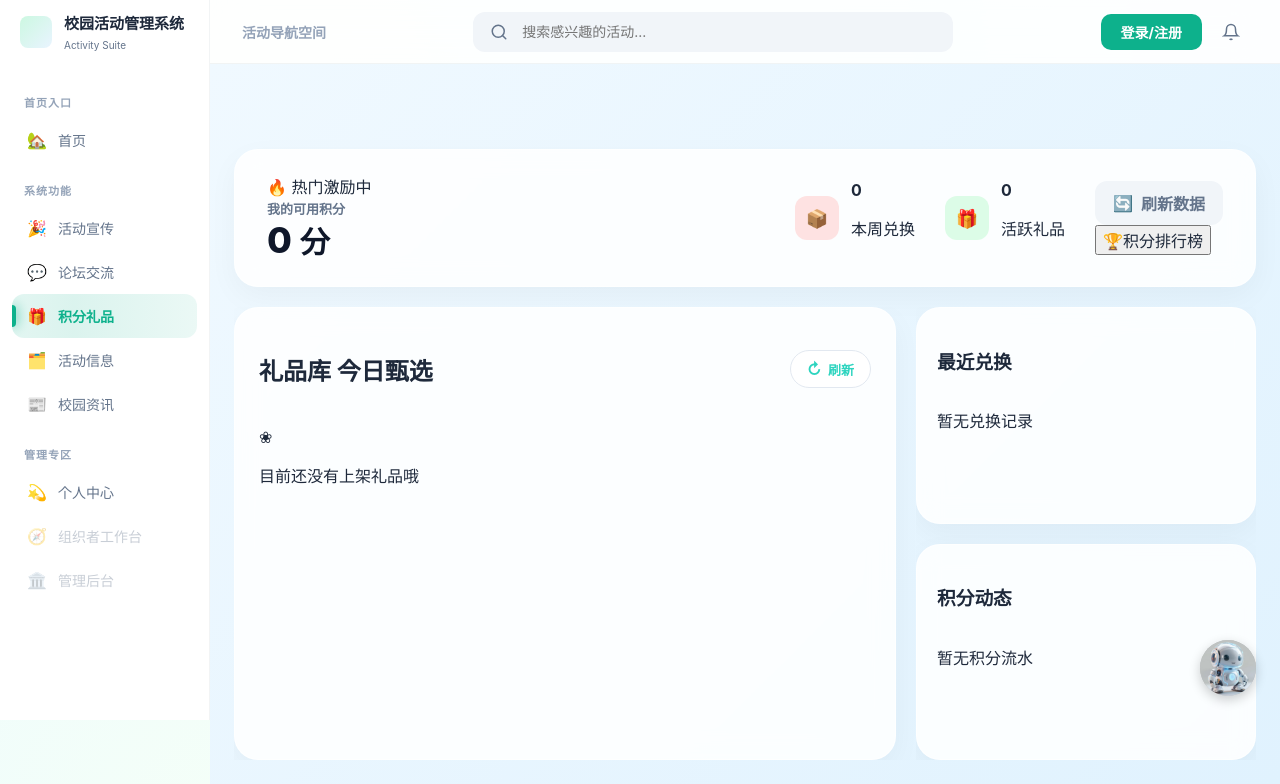
Repository: LXY804/activities_management_System
Page: /rewards (app in 校园活动管理系统/)
The author's editor kept a copy of each file at every save. The page is drawn from the files as they stood at one save, then again after the next save.
The browser window is 1280 px wide. The pictures show the whole page.
The page's requests for data from a server got no answer. The project was rebuilt for these pictures with package versions that can differ from the ones it lists, and the page was loaded fresh each time. No one was signed in, and anything a server would have sent is missing. Also part of the build but not shown: 校园活动管理系统/vite.config.js.

Above is the page before, as saved 2025-12-26 21:14:36.

### 校园活动管理系统/index.html
<!DOCTYPE html>
<html lang="">
  <head>
    <style> html,body,#app{height:100%;margin:0;} </style>
    <meta charset="UTF-8">
    <link rel="icon" href="/favicon.ico">
    <meta name="viewport" content="width=device-width, initial-scale=1.0">
    <title>校园活动管理系统</title>
  </head>
  <body>
    <div id="app"></div>
    <script type="module" src="/src/main.js"></script>
  </body>
</html>

### 校园活动管理系统/src/App.vue
<script setup>
  import ChatFloat from './components/ChatFloat.vue'
  </script>

  <template>
    <router-view />
    <!-- 悬浮聊天机器人 -->
    <ChatFloat />
  </template>

<style>
@import url('https://fonts.googleapis.com/css2?family=Baloo+2:wght@500;600&family=Nunito:wght@400;500;600;700&display=swap');

:root {
  --brand-lime: #b6ff82;
  --brand-emerald: #66e7b1;
  --brand-sky: #73d4ff;
  --brand-deep: #0f1d33;
  --brand-soft: #f4fff3;
  --card-surface: rgba(255, 255, 255, 0.92);
  --shadow-soft: 0 18px 45px rgba(69, 143, 119, 0.2);
  --shadow-card: 0 20px 60px rgba(81, 194, 255, 0.25);
  --radius-xl: 28px;
  --font-display: 'Baloo 2', 'Noto Sans SC', system-ui, -apple-system, BlinkMacSystemFont, sans-serif;
  --font-body: 'Nunito', 'Noto Sans SC', system-ui, -apple-system, BlinkMacSystemFont, sans-serif;
  --sidebar-width: clamp(180px, 14vw, 220px);
  --app-background: radial-gradient(circle at 20% 20%, #f5fff7, #ecfbff 60%, #f3f7ff 100%);
}

* {
  box-sizing: border-box;
}

body {
  margin: 0;
  font-family: var(--font-body);
  background: var(--app-background);
  color: var(--brand-deep);
  min-height: 100vh;
}

#app {
  min-height: 100vh;
}

.page {
  position: relative;
  min-height: 100vh;
  padding-bottom: 40px;
  background: transparent;
  overflow: visible;
}

body.has-side-nav-layout .page,
body.has-side-nav-layout .my-activities,
body.has-side-nav-layout .admin-dashboard,
body.has-side-nav-layout .manage-layout .layout-content,
body.has-side-nav-layout .personal-center .content {
  padding-left: calc(var(--sidebar-width) + 28px);
  padding-right: clamp(18px, 5vw, 56px);
}

body.has-side-nav-layout .page .container,
body.has-side-nav-layout .page .content,
body.has-side-nav-layout .page .dashboard-shell,
body.has-side-nav-layout .page .main-layout,
body.has-side-nav-layout .page .cards,
body.has-side-nav-layout .page .hero__inner {
  margin-left: 0;
}

@media (max-width: 1024px) {
  body.has-side-nav-layout .page,
  body.has-side-nav-layout .my-activities,
  body.has-side-nav-layout .admin-dashboard,
  body.has-side-nav-layout .manage-layout .layout-content,
  body.has-side-nav-layout .personal-center .content {
    padding-left: 0;
  }
}

.page::before,
.page::after {
  content: '';
  position: absolute;
  width: clamp(220px, 32vw, 420px);
  height: clamp(220px, 32vw, 420px);
  background: radial-gradient(circle, rgba(255, 255, 255, 0.7), transparent 70%);
  border-radius: 40% 60% 50% 70% / 60% 40% 60% 40%;
  z-index: 0;
  filter: blur(0.5px);
}

.page::before {
  top: -120px;
  right: -80px;
}

.page::after {
  bottom: -160px;
  left: -100px;
}

.page > * {
  position: relative;
  z-index: 1;
}

.glass-panel {
  background: var(--card-surface);
  border-radius: var(--radius-xl);
  padding: 24px;
  box-shadow: var(--shadow-card);
  border: 1px solid rgba(255, 255, 255, 0.35);
  backdrop-filter: blur(16px);
}

.pill-button {
  border: none;
  border-radius: 999px;
  padding: 12px 28px;
  font-weight: 600;
  font-size: 16px;
  cursor: pointer;
  transition: transform 0.2s ease, box-shadow 0.2s ease;
  background: linear-gradient(120deg, var(--brand-lime), var(--brand-emerald));
  color: var(--brand-deep);
  box-shadow: 0 12px 20px rgba(102, 231, 177, 0.35);
}

.pill-button:focus-visible,
.pill-button:hover {
  transform: translateY(-2px);
  box-shadow: 0 18px 26px rgba(102, 231, 177, 0.45);
}

.section-heading {
  font-family: var(--font-display);
  font-size: clamp(28px, 4vw, 40px);
  color: var(--brand-deep);
  margin: 0;
}

.section-subtitle {
  margin: 8px 0 0;
  color: rgba(15, 29, 51, 0.7);
  font-size: 15px;
}

.stat-chip {
  display: inline-flex;
  padding: 8px 18px;
  border-radius: 999px;
  font-size: 14px;
  background: rgba(255, 255, 255, 0.85);
  box-shadow: 0 12px 25px rgba(111, 207, 151, 0.25);
  color: var(--brand-deep);
}
</style>

### 校园活动管理系统/src/views/Rewards.vue
<template>
  <div class="premium-rewards-page">
    <NavBar />

    <main class="dashboard-container">
      <section class="hero-summary glass-card" v-if="summaryLoaded">
        <div class="summary-left">
          <div class="badge">🔥 热门激励中</div>
          <div class="points-display">
            <span class="label">我的可用积分</span>
            <h1 class="count">{{ summaryData.totalPoints }} <small>分</small></h1>
          </div>
        </div>

        <div class="metrics-row">
          <div class="metric-item hover-lift">
            <div class="icon-wrap red">📦</div>
            <div class="val">
              <strong>{{ recentOrders.length }}</strong>
              <p>本周兑换</p>
            </div>
          </div>
          <div class="metric-item hover-lift">
            <div class="icon-wrap green">🎁</div>
            <div class="val">
              <strong>{{ allGifts.length }}</strong>
              <p>活跃礼品</p>
            </div>
          </div>
          <div class="actions-wrap">
            <button class="modern-refresh-btn" @click="refreshAll" title="刷新数据">
              <span class="refresh-icon">🔄</span>
              <span>刷新数据</span>
            </button>
            <button class="modern-ranking-btn" @click="showRankingModal = true" title="查看积分排行榜">
              <span class="ranking-icon">🏆</span>
              <span>积分排行榜</span>
            </button>
            <p v-if="loginRequired" class="login-hint">需登录查看</p>
          </div>
        </div>
      </section>

      <div class="bento-grid">
        <section class="gift-section glass-card">
          <header class="section-header">
            <div class="header-main">
              <h2>礼品库 <span class="subtitle">今日甄选</span></h2>
            </div>
            <button class="shuffle-btn" @click="refreshGifts">
              <i class="shuffle-icon">↻</i>
              刷新
            </button>
          </header>

          <div class="scroll-area custom-scrollbar">
            <div v-if="loadingGifts" class="loading-state">
              <div class="shimmer"></div>
            </div>
            <div v-else-if="!displayedGifts.length" class="empty-state">
               <span class="empty-icon">❀</span>
               <p>目前还没有上架礼品哦</p>
            </div>
            <div v-else class="compact-gift-grid">
              <article v-for="gift in displayedGifts" :key="gift.id" class="mini-gift-card">
                <div class="card-image">
                  <img :src="gift.coverImage" :alt="gift.title" />
                  <div class="points-tag">{{ gift.pointsCost }} P</div>
                </div>
                <div class="card-info">
                  <h3>{{ gift.title }}</h3>
                  <div class="card-footer">
                    <span class="stock">剩 {{ gift.stock }}</span>
                    <button class="redeem-btn-modern" :disabled="gift.stock === 0" @click="openRedeem(gift)">
                      兑换
                    </button>
                  </div>
                </div>
              </article>
            </div>
          </div>
        </section>

        <div class="insight-column">
          <section class="mini-panel glass-card">
            <h3>最近兑换</h3>
            <div class="list-container custom-scrollbar">
              <ul class="mini-order-list" v-if="recentOrders.length">
                <li v-for="order in recentOrders" :key="order.id" class="hover-item">
                  <span class="order-dot" :class="order.status"></span>
                  <p class="name">{{ order.giftTitle }}</p>
                  <span class="status-label">{{ mapStatus(order.status) }}</span>
                </li>
              </ul>
              <p v-else class="empty-sub">暂无兑换记录</p>
            </div>
          </section>

          <section class="mini-panel glass-card">
            <h3>积分动态</h3>
            <div class="list-container custom-scrollbar">
              <ul class="compact-timeline" v-if="recentTransactions.length">
                <li v-for="tx in recentTransactions" :key="tx.id" class="hover-item">
                  <div class="tx-info">
                    <p>{{ tx.remark || '积分变动' }}</p>
                    <small>{{ formatTime(tx.createdAt) }}</small>
                  </div>
                  <span class="tx-val" :class="{ plus: tx.changeAmount > 0 }">
                    {{ tx.changeAmount > 0 ? '+' : '' }}{{ tx.changeAmount }}
                  </span>
                </li>
              </ul>
              <p v-else class="empty-sub">暂无积分流水</p>
            </div>
          </section>
        </div>
      </div>
    </main>

    <div v-if="redeemState.open" class="redeem-overlay" @click.self="closeRedeem">
      <div class="redeem-sheet glass-panel animate-pop">
        <div class="sheet-header">
          <div class="sheet-icon-wrap">🎁</div>
          <h2>确认兑换</h2>
          <p class="gift-name-display">{{ redeemState.gift?.title }}</p>
        </div>

        <form @submit.prevent="submitRedeem" class="modern-form">
          <div class="form-grid">
            <div class="input-group">
              <label>兑换数量</label>
              <div class="number-input-wrap">
                <input type="number" min="1" v-model.number="redeemState.quantity" />
              </div>
            </div>
            <div class="input-group">
              <label>领取方式</label>
              <select v-model="redeemState.deliveryMethod">
                <option value="offline">线下领取</option>
                <option value="online">线上发放</option>
              </select>
            </div>
          </div>

          <div class="input-group">
            <label>联系人姓名</label>
            <input type="text" v-model.trim="redeemState.contactName" placeholder="请填写姓名，用于通知领取" />
          </div>

          <div class="input-group">
            <label>联系电话</label>
            <input type="text" v-model.trim="redeemState.contactPhone" placeholder="请填写常用手机号" />
          </div>

          <div class="sheet-actions">
            <button type="button" class="cancel-btn-modern" @click="closeRedeem">下次再说</button>
            <button type="submit" class="submit-btn-modern" :disabled="submittingRedeem">
              <span v-if="!submittingRedeem">确认消耗 <strong>{{ redeemCost }}</strong> 积分</span>
              <span v-else>正在处理中...</span>
            </button>
          </div>
        </form>
      </div>
    </div>

    <!-- 积分排行榜弹窗 -->
    <PointsRankingModal :visible="showRankingModal" @close="showRankingModal = false" />
  </div>
</template>

<script setup>
import { ref, reactive, computed, onMounted } from 'vue'
import NavBar from '../components/NavBar.vue'
import PointsRankingModal from '../components/PointsRankingModal.vue'
import {
  fetchRewardsSummary,
  fetchGiftLibrary,
  redeemGift,
  fetchRewardOrders
} from '@/api/reward'

// --- 导入本地图片资产 ---
import img1 from '@/assets/校园定制水杯.jpg'
import img2 from '@/assets/活动加油礼包.jpg'
import img3 from '@/assets/线上音乐会门票.jpg'
import img4 from '@/assets/珞狮校园帆布包.jpg'
import img5 from '@/assets/余区纪念微章套装.jpg'
import img6 from '@/assets/龙舟体验券.jpg'
import img7 from '@/assets/夜游科普手账.jpg'
import img8 from '@/assets/材料实验室VIP参观券.jpg'
import img9 from '@/assets/校园咖啡券.jpg'
const assetImages = [img1, img2, img3, img4, img5, img6, img7, img8, img9]

// --- 逻辑与接口 ---
const summaryData = ref({ totalPoints: 0 })
const summaryLoaded = ref(false)
const loginRequired = ref(false)
const recentTransactions = ref([])
const submittingRedeem = ref(false)
const recentOrders = ref([])

const allGifts = ref([])
const displayedGifts = ref([])
const loadingGifts = ref(false)
const showRankingModal = ref(false)

const redeemState = reactive({
  open: false,
  gift: null,
  quantity: 1,
  contactName: '',
  contactPhone: '',
  deliveryMethod: 'offline',
  pickupLocation: ''
})

const redeemCost = computed(() => (redeemState.gift?.pointsCost || 0) * (redeemState.quantity || 1))

// API 基础路径
const API_ORIGIN = (import.meta.env.VITE_API_BASE_URL || 'http://localhost:3000/api').replace(/\/api\/?$/, '')

// 构建图片URL
const buildImageUrl = (imageUrl) => {
  if (!imageUrl) return assetImages[0] // 如果没有图片，使用默认图片
  if (imageUrl.startsWith('http://') || imageUrl.startsWith('https://')) {
    return imageUrl
  }
  let normalized = imageUrl.replace(/\\/g, '/')
  if (!normalized.startsWith('/')) {
    normalized = '/' + normalized
  }
  return API_ORIGIN + normalized
}

const formatGift = (gift, index) => ({
  ...gift,
  deliveryType: gift.deliveryType || gift.delivery_type || 'offline',
  // 优先使用数据库中的图片，如果没有则使用静态图片作为默认值
  coverImage: gift.coverImage ? buildImageUrl(gift.coverImage) : assetImages[index % assetImages.length]
})

const shuffleGifts = () => {
  if (allGifts.value.length === 0) return
  const shuffled = [...allGifts.value].sort(() => 0.5 - Math.random())
  displayedGifts.value = shuffled.slice(0, 6)
}

// 刷新礼品库（从服务器重新加载）
const refreshGiftLibrary = async () => {
  await refreshGifts()
}

const refreshGifts = async () => {
  loadingGifts.value = true
  try {
    const data = await fetchGiftLibrary()
    allGifts.value = data.map((gift, index) => formatGift(gift, index))
    shuffleGifts()
  } catch (err) {
    console.error("加载礼品库失败", err)
  } finally {
    loadingGifts.value = false
  }
}

const mapStatus = (s) => ({ pending: '待处理', processing: '进行中', shipped: '已完成' }[s] || s)
const formatTime = (v) => v ? new Date(v).toLocaleDateString() : '—'

const refreshSummary = async () => {
  try {
    const data = await fetchRewardsSummary()
    summaryData.value = data
    recentTransactions.value = data.recentTransactions || []
    summaryLoaded.value = true
  } catch (err) {
    summaryLoaded.value = true
    if (err?.response?.status === 401) loginRequired.value = true
  }
}

const refreshOrders = async () => {
  try {
    const orders = await fetchRewardOrders()
    recentOrders.value = orders.slice(0, 8)
  } catch (err) { console.error(err) }
}

const refreshAll = async () => Promise.all([refreshSummary(), refreshGifts(), refreshOrders()])
const openRedeem = (gift) => { redeemState.gift = gift; redeemState.open = true }
const closeRedeem = () => { redeemState.open = false; redeemState.gift = null }
const submitRedeem = async () => {
  submittingRedeem.value = true
  try {
    await redeemGift(redeemState.gift.id, { ...redeemState })
    closeRedeem(); refreshAll(); window.alert('兑换成功！')
  } catch (err) { window.alert(err?.response?.data?.message || '兑换失败') }
  finally { submittingRedeem.value = false }
}

onMounted(refreshAll)
</script>

<style scoped>
/* 核心布局与基础样式 */
.premium-rewards-page {
  --primary: #2dd4bf;
  --primary-hover: #14b8a6;
  --accent: #6366f1;
  --bg-gradient: linear-gradient(135deg, #f0f9ff 0%, #e0f2fe 100%);
  --glass: rgba(255, 255, 255, 0.85);
  height: 100vh;
  background: var(--bg-gradient);
  display: flex;
  flex-direction: column;
  overflow: hidden;
  color: #1e293b;
}

.dashboard-container {
  flex: 1;
  max-width: 1400px;
  width: 100%;
  margin: 0 auto;
  padding: 85px 24px 24px;
  display: flex;
  flex-direction: column;
  gap: 20px;
  overflow: hidden;
}

.glass-card {
  background: var(--glass);
  backdrop-filter: blur(12px);
  border: 1px solid rgba(255, 255, 255, 0.6);
  border-radius: 24px;
  box-shadow: 0 10px 30px rgba(0, 0, 0, 0.04);
}

.hero-summary {
  padding: 24px 32px;
  display: flex;
  justify-content: space-between;
  align-items: center;
  flex-shrink: 0;
}

.points-display .count { font-size: 36px; font-weight: 800; color: #0f172a; margin: 0; }
.points-display .label { font-size: 13px; color: #64748b; font-weight: 600; }

.metrics-row { display: flex; gap: 30px; align-items: center; }
.metric-item { display: flex; align-items: center; gap: 12px; transition: 0.3s; }
.hover-lift:hover { transform: translateY(-3px); }

.icon-wrap {
  width: 44px; height: 44px; border-radius: 12px;
  display: flex; align-items: center; justify-content: center; font-size: 18px;
}
.icon-wrap.red { background: #fee2e2; }
.icon-wrap.green { background: #dcfce7; }

.modern-refresh-btn {
  display: flex; align-items: center; gap: 8px;
  border: none; background: #f1f5f9; padding: 10px 18px;
  border-radius: 12px; cursor: pointer; transition: 0.3s;
  font-weight: 700; color: #64748b;
}
.modern-refresh-btn:hover { background: #e2e8f0; color: var(--accent); }
.modern-refresh-btn:active .refresh-icon { transform: rotate(180deg); }
.refresh-icon { transition: 0.5s; display: inline-block; }

.bento-grid {
  flex: 1;
  display: grid;
  grid-template-columns: 1fr 340px;
  gap: 20px;
  overflow: hidden;
}

.gift-section {
  padding: 24px;
  display: flex;
  flex-direction: column;
  overflow: hidden;
}
.section-header { display: flex; justify-content: space-between; align-items: center; margin-bottom: 20px; flex-shrink: 0; }

.shuffle-btn {
  display: flex; align-items: center; gap: 6px;
  background: white; border: 1px solid #e2e8f0;
  padding: 8px 16px; border-radius: 100px;
  font-size: 13px; font-weight: 700; color: var(--primary);
  cursor: pointer; transition: all 0.3s cubic-bezier(0.4, 0, 0.2, 1);
}
.shuffle-btn:hover {
  background: var(--primary); color: white;
  border-color: var(--primary); transform: translateY(-1px);
}
.shuffle-icon { font-style: normal; font-size: 16px; transition: 0.6s; }

.scroll-area {
  flex: 1;
  overflow-y: auto;
  padding-right: 12px;
  margin-right: -4px;
}

.compact-gift-grid {
  display: grid;
  grid-template-columns: repeat(auto-fill, minmax(210px, 1fr));
  gap: 16px;
  padding-bottom: 20px;
}

.custom-scrollbar::-webkit-scrollbar {
  width: 6px;
}
.custom-scrollbar::-webkit-scrollbar-thumb {
  background: #cbd5e1;
  border-radius: 10px;
}

.mini-gift-card {
  background: white; border-radius: 20px; overflow: hidden;
  border: 1px solid #f1f5f9; transition: all 0.4s ease;
}
.mini-gift-card:hover { transform: translateY(-6px); box-shadow: 0 12px 24px rgba(0, 0, 0, 0.06); border-color: var(--primary); }

.card-image { height: 150px; position: relative; }
.card-image img { width: 100%; height: 100%; object-fit: cover; }
.points-tag {
  position: absolute; top: 10px; left: 10px; background: rgba(15, 23, 42, 0.8);
  color: white; font-size: 11px; font-weight: 700; padding: 4px 10px; border-radius: 8px; backdrop-filter: blur(4px);
}

.card-info { padding: 14px; }
.card-info h3 { font-size: 15px; margin: 0 0 12px; color: #334155; }
.card-footer { display: flex; justify-content: space-between; align-items: center; }
.stock { font-size: 11px; color: #94a3b8; }

.redeem-btn-modern {
  background: var(--primary); color: white; border: none;
  padding: 8px 16px; border-radius: 10px; font-size: 12px;
  font-weight: 800; cursor: pointer; transition: 0.3s;
}

.insight-column { display: flex; flex-direction: column; gap: 20px; overflow: hidden; }
.mini-panel { padding: 20px; display: flex; flex-direction: column; flex: 1; overflow: hidden; }
.list-container { flex: 1; overflow-y: auto; }

.hover-item {
  display: flex; align-items: center; gap: 12px; padding: 12px;
  border-radius: 14px; transition: 0.2s; border-bottom: 1px solid #f8fafc;
}
.order-dot { width: 8px; height: 8px; border-radius: 50%; background: #cbd5e1; }
.order-dot.shipped { background: var(--primary); }
.status-label { font-size: 11px; color: #64748b; background: #f1f5f9; padding: 2px 8px; border-radius: 6px; }
.tx-val { font-weight: 800; font-size: 14px; color: #ef4444; }
.tx-val.plus { color: var(--primary); }

/* --- 重点：弹窗美化样式 --- */

.redeem-overlay {
  position: fixed; inset: 0; background: rgba(15, 23, 42, 0.5);
  backdrop-filter: blur(10px); z-index: 2000; display: flex; align-items: center; justify-content: center;
  padding: 20px;
}

.redeem-sheet {
  width: 100%;
  max-width: 460px;
  padding: 40px;
  background: rgba(255, 255, 255, 0.9);
  border-radius: 32px;
  border: 1px solid rgba(255, 255, 255, 0.6);
  box-shadow: 0 25px 50px -12px rgba(0, 0, 0, 0.25);
}

.sheet-header { text-align: center; margin-bottom: 30px; }
.sheet-icon-wrap {
  font-size: 40px; margin-bottom: 15px;
  background: #f0fdfa; width: 80px; height: 80px;
  display: flex; align-items: center; justify-content: center;
  border-radius: 24px; margin: 0 auto 15px;
}
.sheet-header h2 { font-size: 24px; font-weight: 800; color: #0f172a; margin-bottom: 8px; }
.gift-name-display { font-size: 16px; color: var(--primary); font-weight: 700; }

.modern-form { display: flex; flex-direction: column; gap: 20px; }
.form-grid { display: grid; grid-template-columns: 1fr 1fr; gap: 15px; }

.input-group { display: flex; flex-direction: column; gap: 8px; }
.input-group label { font-size: 13px; font-weight: 700; color: #64748b; margin-left: 4px; }

/* 输入框统一风格 */
.modern-form input, .modern-form select {
  padding: 12px 16px;
  background: #f8fafc;
  border: 1px solid #e2e8f0;
  border-radius: 14px;
  font-size: 14px;
  color: #334155;
  transition: all 0.2s ease;
  outline: none;
}

.modern-form input:focus, .modern-form select:focus {
  background: white;
  border-color: var(--primary);
  box-shadow: 0 0 0 4px rgba(45, 212, 191, 0.1);
}

.sheet-actions {
  display: grid; grid-template-columns: 100px 1fr; gap: 12px; margin-top: 15px;
}

.cancel-btn-modern {
  background: #f1f5f9; color: #94a3b8; border: none;
  border-radius: 14px; font-weight: 700; font-size: 14px;
  cursor: pointer; transition: 0.2s;
}
.cancel-btn-modern:hover { background: #e2e8f0; color: #64748b; }

.submit-btn-modern {
  background: linear-gradient(135deg, var(--primary) 0%, #0d9488 100%);
  color: white; border: none; padding: 16px;
  border-radius: 14px; font-weight: 700; font-size: 15px;
  cursor: pointer; transition: 0.3s;
  box-shadow: 0 4px 12px rgba(45, 212, 191, 0.3);
}
.submit-btn-modern:hover { transform: translateY(-2px); box-shadow: 0 6px 20px rgba(45, 212, 191, 0.4); filter: brightness(1.05); }
.submit-btn-modern strong { font-size: 18px; }

.animate-pop { animation: pop 0.3s cubic-bezier(0.175, 0.885, 0.32, 1.275); }
@keyframes pop { from { opacity: 0; transform: scale(0.9) translateY(20px); } to { opacity: 1; transform: scale(1) translateY(0); } }

@media (max-width: 1024px) {
  .dashboard-container { height: auto; overflow: visible; padding-top: 80px; }
  .bento-grid { grid-template-columns: 1fr; }
  .premium-rewards-page { overflow-y: auto; }
  .scroll-area { max-height: 500px; }
}
</style>

Loaded but not shown: 校园活动管理系统/src/router/index.js (88 lines, source omitted); 校园活动管理系统/src/api/reward.js (60 lines, source omitted); 校园活动管理系统/src/api/request.js (65 lines, source omitted); 校园活动管理系统/src/api/announcement.js (49 lines, source omitted); 校园活动管理系统/src/main.js (12 lines, source omitted); 校园活动管理系统/src/components/NavBar.vue (473 lines, source omitted); 校园活动管理系统/src/components/PointsRankingModal.vue (546 lines, source omitted); 校园活动管理系统/src/components/ChatFloat.vue (360 lines, source omitted)

After the next save:
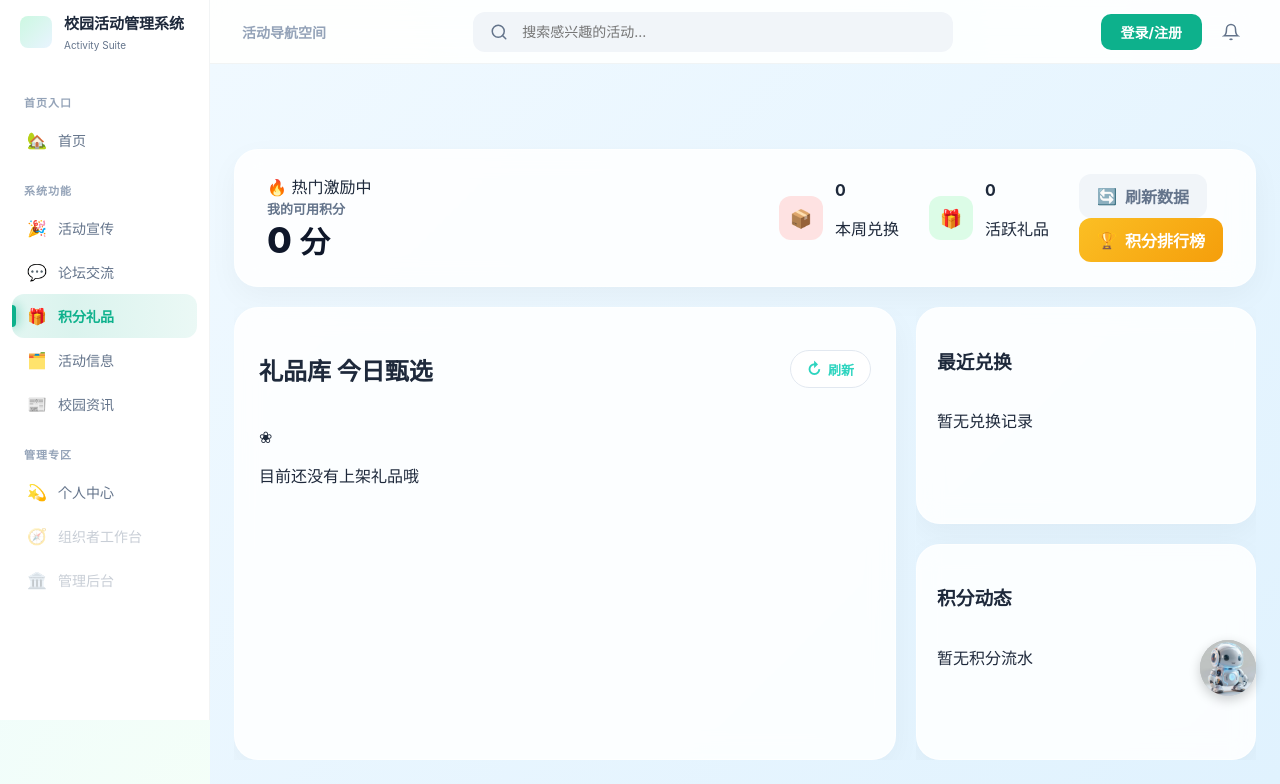
Saved 25 s later.
--- a/校园活动管理系统/src/views/Rewards.vue
+++ b/校园活动管理系统/src/views/Rewards.vue
@@ -368,6 +368,20 @@ onMounted(refreshAll)
 .modern-refresh-btn:active .refresh-icon { transform: rotate(180deg); }
 .refresh-icon { transition: 0.5s; display: inline-block; }
 
+.modern-ranking-btn {
+  display: flex; align-items: center; gap: 8px;
+  border: none; background: linear-gradient(135deg, #fbbf24 0%, #f59e0b 100%);
+  padding: 10px 18px; border-radius: 12px; cursor: pointer; transition: 0.3s;
+  font-weight: 700; color: white;
+}
+.modern-ranking-btn:hover {
+  background: linear-gradient(135deg, #f59e0b 0%, #d97706 100%);
+  transform: translateY(-2px);
+  box-shadow: 0 8px 16px rgba(251, 191, 36, 0.3);
+}
+.modern-ranking-btn:active { transform: translateY(0); }
+.ranking-icon { display: inline-block; }
+
 .bento-grid {
   flex: 1;
   display: grid;
